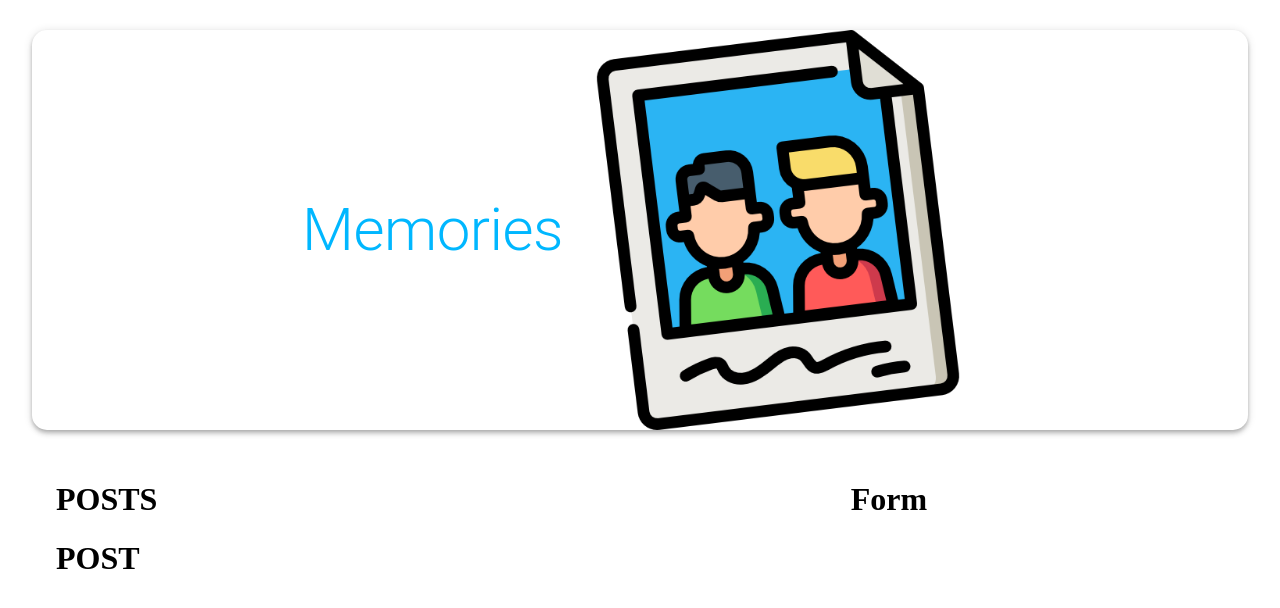
Repository: baodien1405/memories-project
Page: / (app in client/)
An editor plug-in stored every save of this project. The page is shown before and after the next save, followed by the edit.
The browser window is 1280 px wide. The pictures show the whole page.
The project was rebuilt for these pictures with package versions that can differ from the ones it lists, and the page was loaded fresh each time.

Above is the page before, as saved 2021-08-11 17:59:36.

### client/src/App.js
import React from "react";
import { Container, AppBar, Typography, Grow, Grid } from "@material-ui/core";
import memories from "./assets/images/memories.png";
import Posts from "./components/Posts/Posts";
import Form from "./components/Form/Form";
import useStyles from "./styles";

const App = (props) => {
  const classes = useStyles();

  return (
    <Container maxWidth="lg">
      <AppBar className={classes.appBar} position="static" color="inherit">
        <Typography className={classes.heading} variant="h2" align="center">
          Memories
        </Typography>
        <img
          className={classes.image}
          src={memories}
          alt="memories"
          height="400"
        />
      </AppBar>
      <Grow in>
        <Container>
          <Grid
            container
            justifyContent="space-between"
            alignItems="stretch"
            spacing={3}
          >
            <Grid item xs={12} sm={7}>
              <Posts />
            </Grid>
            <Grid item xs={12} sm={4}>
              <Form />
            </Grid>
          </Grid>
        </Container>
      </Grow>
    </Container>
  );
};

export default App;

### client/src/components/Posts/Posts.jsx
import React from "react";
import Post from "./Post/Post";

const Posts = (props) => {
  return (
    <>
      <h1>POSTS</h1>
      <Post />
    </>
  );
};

export default Posts;

### client/src/components/Form/Form.jsx
import React from "react";

const Form = (props) => {
  return <h1>Form</h1>;
};

export default Form;

### client/src/styles.js
import { makeStyles } from "@material-ui/core/styles";

export default makeStyles((theme) => ({
  appBar: {
    borderRadius: 15,
    margin: "30px 0",
    display: "flex",
    flexDirection: "row",
    justifyContent: "center",
    alignItems: "center",
  },
  heading: {
    color: "rgba(0,183,255, 1)",
  },
  image: {
    marginLeft: "15px",
  },
}));

### client/src/components/Posts/Post/Post.jsx
import React from "react";

const Post = (props) => {
  return <h1>POST</h1>;
};

export default Post;

Loaded but not shown: client/public/index.html (common file); client/src/index.js (common file)

After the next save:
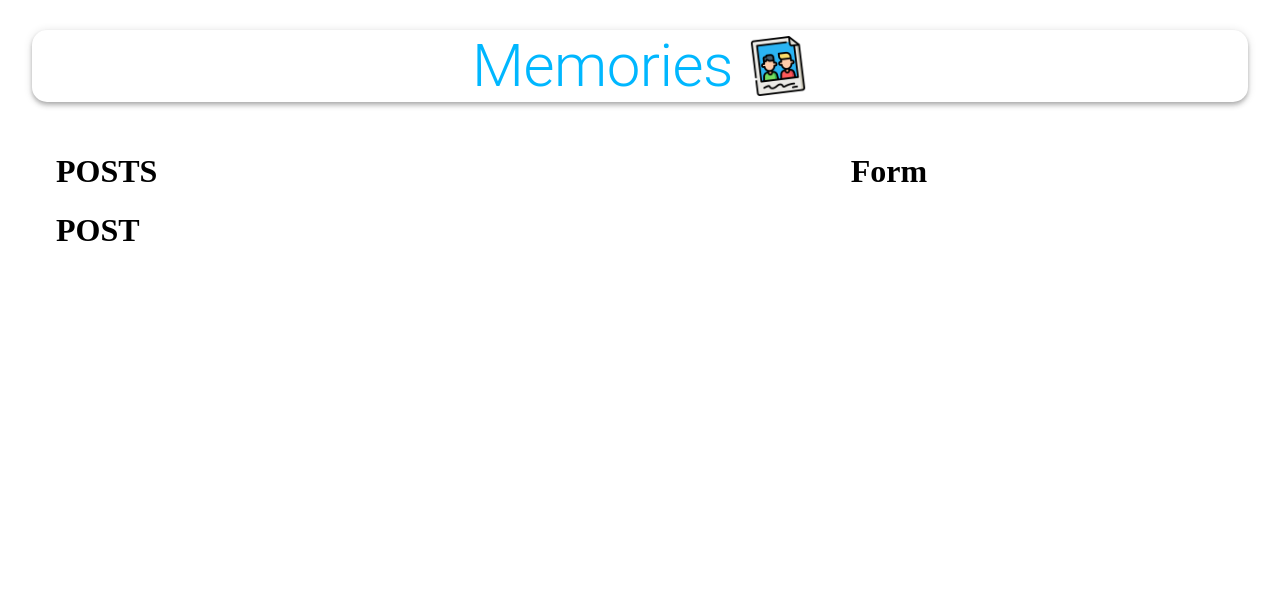
Saved 13 s later.
--- a/client/src/App.js
+++ b/client/src/App.js
@@ -18,7 +18,7 @@ const App = (props) => {
           className={classes.image}
           src={memories}
           alt="memories"
-          height="400"
+          height="60"
         />
       </AppBar>
       <Grow in>
